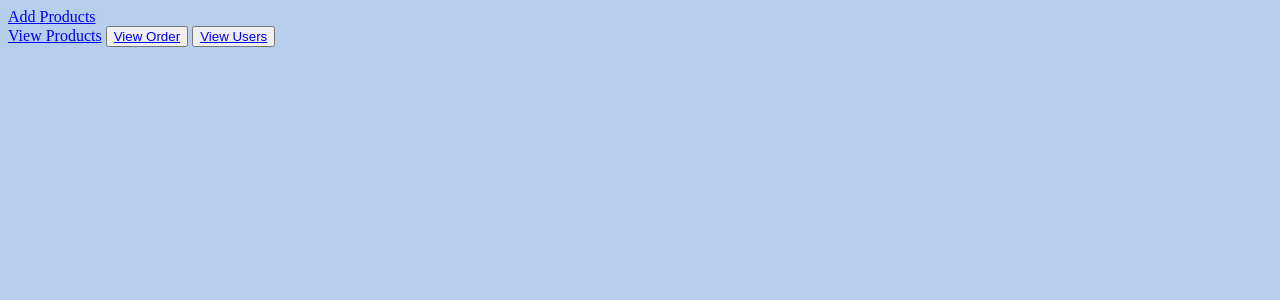
Repository: abhishekgandhi2398/BookStore
Page: http://localhost/BookStore/2.jsp
The author's editor kept a copy of each file at every save. The page is drawn from the files as they stood at one save, then again after the next save.
The browser window is 1280 px wide. The pictures show the whole page.
The page is served by Tomcat 9. Other server files are loaded and not shown.

Above is the page before, as saved 2019-12-06 15:49:05.

### ProjectJava/BookStore/WebContent/2.jsp
<%@ page language="java" contentType="text/html; charset=ISO-8859-1"
    pageEncoding="ISO-8859-1"%>
<!DOCTYPE html>
<html>
<head>
<meta charset="ISO-8859-1">
<title>Insert title here</title>
</head>
<body style="background-color: #B7CEEC;">


<div style="background-color: #B7CEEC; height: 250px; width: 100%;" class="d-flex justify-content-center  align-items-center">






<a href="add_product.jsp">Add Products</a>
<br>

<a href="admin_view_product.jsp">View Products</a></button>


<button class="btn btn-dark"><a href="vieworderadmin.jsp">View Order</a></button>


<button class="btn btn-dark"><a href="admin_view_users.jsp">View Users</a></button>


</div>

</body>
</html>

After the next save:
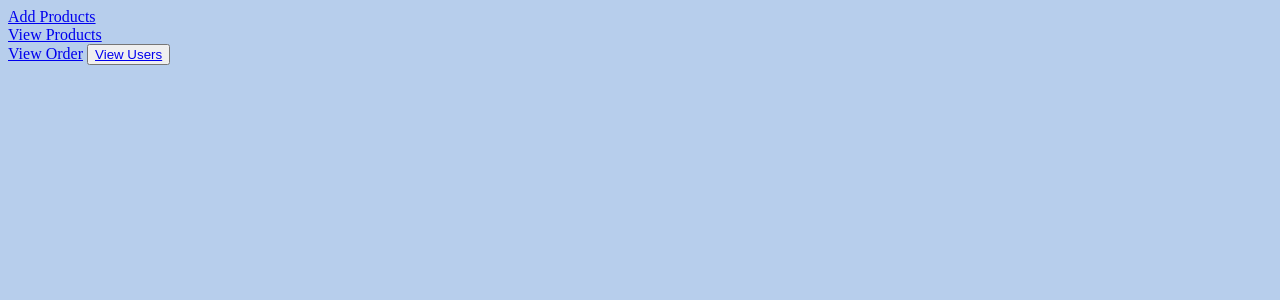
Saved 12 s later.
--- a/ProjectJava/BookStore/WebContent/2.jsp
+++ b/ProjectJava/BookStore/WebContent/2.jsp
@@ -19,10 +19,11 @@
 <a href="add_product.jsp">Add Products</a>
 <br>
 
-<a href="admin_view_product.jsp">View Products</a></button>
+<a href="admin_view_product.jsp">View Products</a>
+<br>
 
 
-<button class="btn btn-dark"><a href="vieworderadmin.jsp">View Order</a></button>
+<a href="vieworderadmin.jsp">View Order</a></button>
 
 
 <button class="btn btn-dark"><a href="admin_view_users.jsp">View Users</a></button>
